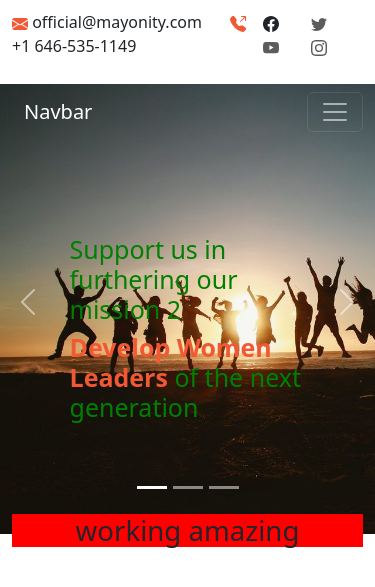
Repository: rizwan-zafar/wings
Page: /
These files come from the project's save history. The page is drawn as it stood at one moment and after the next save; the edit follows.
The browser window is 375 px wide. The pictures show the whole page.
The project was rebuilt for these pictures with package versions that can differ from the ones it lists, and the page was loaded fresh each time.

Above is the page before, as saved 2022-11-27 17:14:07.

After the next save:
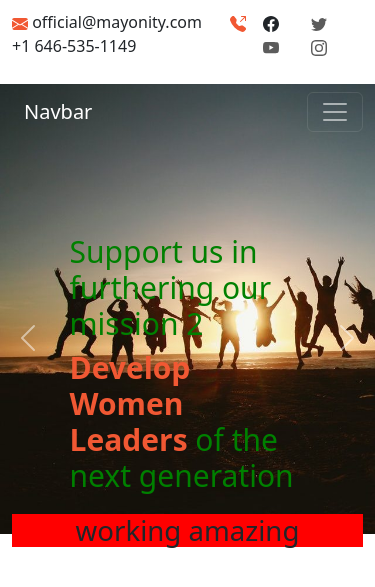
Saved 57 s later.
--- a/src/Css/Slider.css
+++ b/src/Css/Slider.css
@@ -70,7 +70,7 @@
     }
 
     .set-slider .carousel-item h1 {
-        font-size: 25px;
+        font-size: 30px;
         color:green
     }
     .set-slider .carousel-inner .carousel-item>div {
